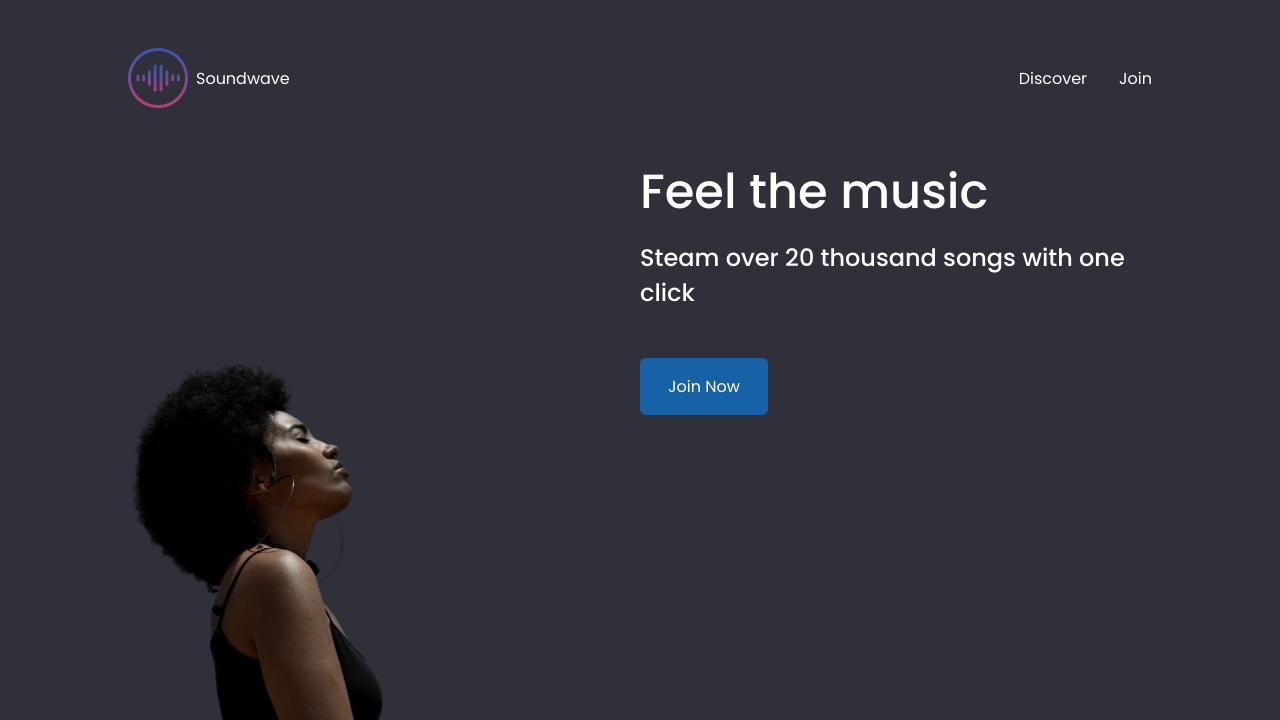
Repository: Hiiiij/soundwave
Page: pages/index.html
An editor plug-in stored every save of this project. The page is shown before and after a run of saves, followed by the edit.
The browser window is 1280 px wide. The pictures show the whole page.

Above is the page before, as saved 2020-06-30 13:12:17.

### pages/index.html
<!DOCTYPE html>
<html lang="en">
  <head>
    <meta charset="UTF-8" />
    <meta name="viewport" content="width=device-width, initial-scale=1.0" />
    <link rel="stylesheet" href="../style.css">
    <title>Soundwave</title>
  </head>
  <body class="main-container page-content">
    <header class="header">
        <!-- <div class="main-container"> -->
        <a href="/" class="logo">
          <img src="../assets/icons/logo.png" alt="logo-soundwave" />
          <span class="logotype">Soundwave</span>
        </a>
        <nav class="header-nav">
          <ul>
            <li>
              <a href="/pages/discover.html">Discover</a>
            </li>
            <li>
              <a href="/pages/join.html">Join</a>
            </li>
          </ul>
        </nav>
       <!-- </div>  -->
    </header>
    <section class="home-main">
      <div class="img-wrapper">
        <div class="img">
        </div>
      </div>

      <div class="heading">
        <h1 class="title">Feel the music</h1>
        <h2 class="subt">Steam over 20 thousand songs with one click</h2>
        <a href="/pages/join.html" class="button-primary">Join Now</a>
      </div>



    </section>
  </body>
</html>

### style.css
@import url("https://fonts.googleapis.com/css?family=Poppins:400,500,700");

*,
*::before,
*::after {
  box-sizing: border-box;
}

:root {
  /* colors  */
  --main-bg-color: #2f303a;
  --pink-circle: #3d3141;
  --blue-circle: #2f3446;
  --footer-bg: #202027;
  --primary-link-hover: #a07fe8;
  --button-primary: #1762a7;
  --button-hover: #3a90e1;
  --accent-text: #bc3a80;
  --primary-text: #ffffff;
  --link-hover: #ffb515;

  /* typography */
  --h4-font-size: 1rem;
  --h1-font-size: 3rem;
  --h2-font-size: 1.5rem;
  /* --accent-font-size: 1.25rem; */
  --btn-text: 0.75rem;
  --font-bold:500;

  /* breakpoitns */
  --xs-breakpoint: 0px;
  --sm-breakpoint: 600px;
  --md-breakpoint: 960px;
  --lg-breakpoint: 1280px;
  --xl-breakpoint: 1920px;
}

/* general style*/
body {
  padding: 0;
  margin: 0;
  font-family: "Poppins", sans-serif;
  background-color: var(--main-bg-color);
  color: var(--primary-text);
  font-size: var( --h4-font-size);
  min-height:100vh;
}

.page-content{
  display:flex;
  flex-direction:column;
}
.main-container{
  max-width: 80vw;
  max-height:100vh;
  margin:0 auto;
}

.header{
  display:flex;
  justify-content:space-between;
  align-items:center;
  /* height:8rem; */
  padding: 3rem 0;
}

.logo{
  display:flex;
  align-items:center;
  color:inherit;
  font-size: var(--h3-font-size);
  text-decoration:none;
}

.logotype{
  margin-left: .5rem;
}

.header-nav ul{
display: flex;
list-style:none;
margin:0;
padding:0;
}

.header-nav > ul > li:not(:last-child) {
  margin-right: 2rem;
}

.header-nav a {
text-decoration: none;
color: inherit;
}

.header-nav a:hover{
  color: var(--link-hover)
}

/* .heading{
  margin-top:0;
  margin-bottom: 0;
} */

.title{
  font-weight: var(--font-bold);
  font-size: var(--h1-font-size);
  margin-bottom: 0;
  margin-top:0;

}
 .subt{
   font-weight:var(--font-bold);
   font-size: var(--h2-font-size);
   margin-top: .75rem;
   margin-bottom:3rem;

 }
.button-primary {
  border:0;
  padding-top: 1rem;
  padding-bottom: 1rem;
  width: 8rem;
  display: inline-block;
  border-radius: 6px;
  background-color: var(--button-primary);
  text-align: center;
  color: var(--primary-text);
  text-decoration: none;

}

.home-main{
display:flex;
align-items:stretch;
flex-grow:1;
justify-content: space-between;
}

.home-main .img-wrapper{
display:flex;
flex-grow:1;
flex-direction: column;
align-items:stretch;
justify-content:flex-end;

}

.home-main .img{
  background-image: url(./assets/images/landing-page-girl.png);
  background-repeat: no-repeat;
  flex-grow:1;
  max-height: 50vh;
  min-width:40vw;
  background-size: contain;
  background-position: 0 bottom;
  align-items: center;
  justify-content: flex-end;
  z-index:1;
}

After the next 4 saves:
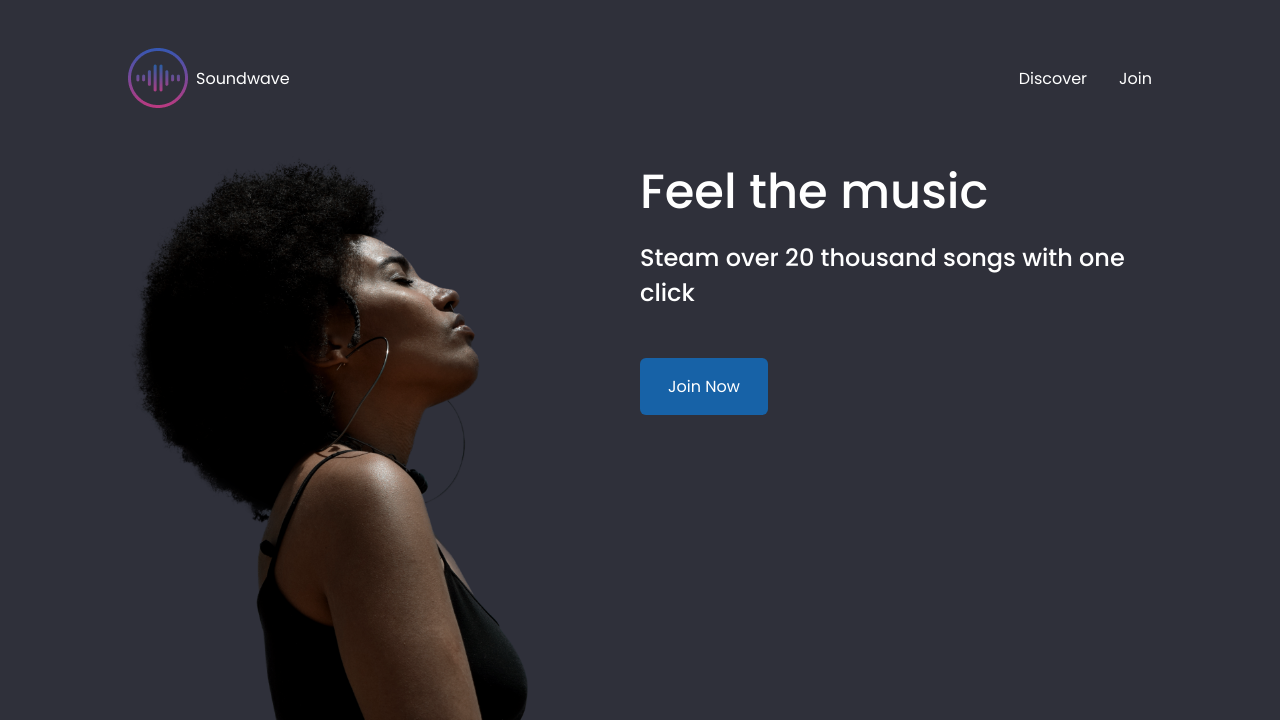
The 4 saves are shown as one change because they came seconds apart.
The last was saved 14 s later.
--- a/style.css
+++ b/style.css
@@ -149,7 +149,7 @@ justify-content:flex-end;
   background-image: url(./assets/images/landing-page-girl.png);
   background-repeat: no-repeat;
   flex-grow:1;
-  max-height: 50vh;
+  max-height: 80vh;
   min-width:40vw;
   background-size: contain;
   background-position: 0 bottom;
